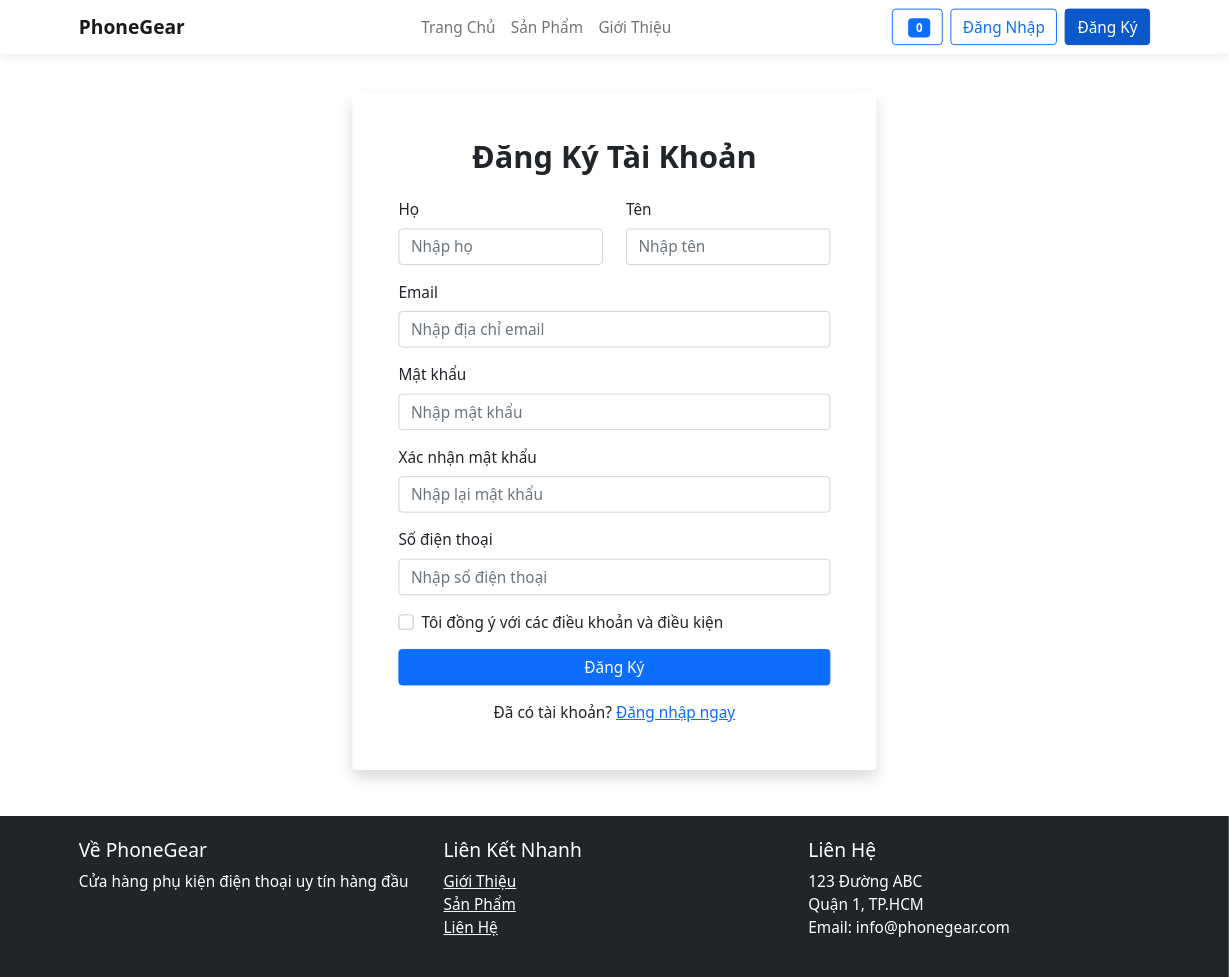
Repository: duyzo/14_23719461_VoNguyenBaoDuy
Page: html/register.html
An editor plug-in stored every save of this project. The page is shown before and after the next save, followed by the edit.
The browser window is 1280 px wide. The pictures show the whole page, at 96% of full size.

Above is the page before, as saved 2025-04-22 16:28:05.

After the next save:
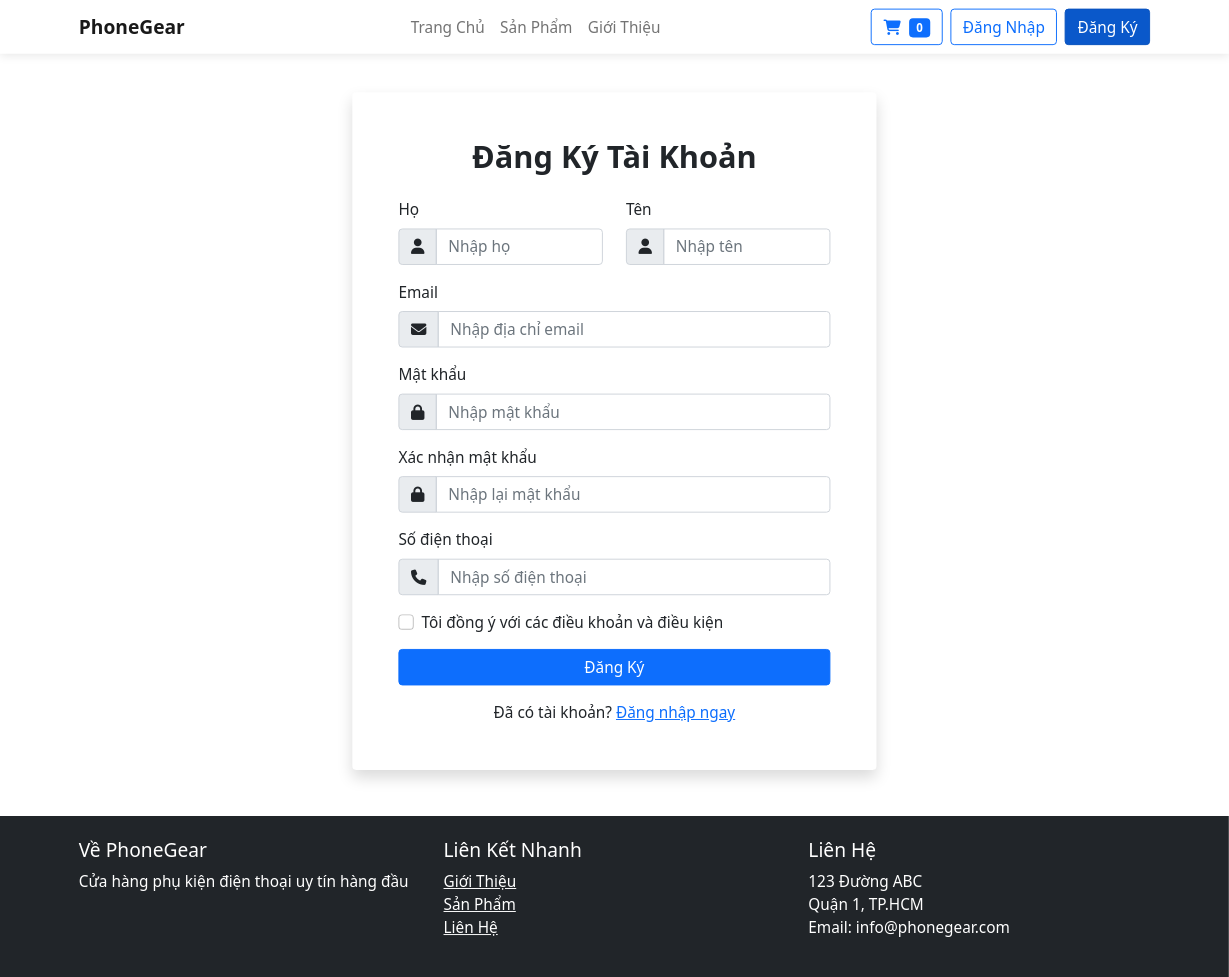
Saved 10 s later.
--- a/html/register.html
+++ b/html/register.html
@@ -36,7 +36,7 @@
           </ul>
           <div class="d-flex align-items-center">
             <a href="cart.html" class="btn btn-outline-primary me-2">
-              <i class="bi bi-cart"></i>
+              <i class="fas fa-shopping-cart"></i>
               <span class="badge bg-primary text-white ms-1" id="cartCount">0</span>
             </a>
             <a href="login.html" class="btn btn-outline-primary me-2">Đăng Nhập</a>
@@ -56,75 +56,93 @@
                 <div class="row">
                   <div class="col-md-6 mb-3">
                     <label for="firstName" class="form-label">Họ</label>
-                    <input
+                    <div class="input-group">
+                      <span class="input-group-text"><i class="fas fa-user"></i></span>
+                      <input
                       type="text"
                       class="form-control"
                       id="firstName"
                       name="firstName"
                       required
                       placeholder="Nhập họ"
-                    />
+                      />
+                    </div>
                     <div class="invalid-feedback"></div>
                   </div>
                   <div class="col-md-6 mb-3">
                     <label for="lastName" class="form-label">Tên</label>
-                    <input
+                    <div class="input-group">
+                      <span class="input-group-text"><i class="fas fa-user"></i></span>
+                      <input
                       type="text"
                       class="form-control"
                       id="lastName"
                       name="lastName"
                       required
                       placeholder="Nhập tên"
-                    />
+                      />
+                    </div>
                     <div class="invalid-feedback"></div>
                   </div>
                 </div>
                 <div class="mb-3">
                   <label for="email" class="form-label">Email</label>
-                  <input
+                  <div class="input-group">
+                    <span class="input-group-text"><i class="fas fa-envelope"></i></span>
+                    <input
                     type="email"
                     class="form-control"
                     id="email"
                     name="email"
                     required
                     placeholder="Nhập địa chỉ email"
-                  />
+                    />
+                  </div>
                   <div class="invalid-feedback"></div>
                 </div>
                 <div class="mb-3">
                   <label for="password" class="form-label">Mật khẩu</label>
-                  <input
+                  <div class="input-group">
+                    <span class="input-group-text"><i class="fas fa-lock"></i></span>
+                    <input
                     type="password"
                     class="form-control"
                     id="password"
                     name="password"
                     required
                     placeholder="Nhập mật khẩu"
-                  />
+                    />
+                  </div>
                   <div class="invalid-feedback"></div>
                 </div>
                 <div class="mb-3">
                   <label for="confirmPassword" class="form-label">Xác nhận mật khẩu</label>
-                  <input
+                  <div class="input-group">
+                    <span class="input-group-text"><i class="fas fa-lock"></i></span>
+                    <input
                     type="password"
                     class="form-control"
                     id="confirmPassword"
                     name="confirmPassword"
                     required
                     placeholder="Nhập lại mật khẩu"
-                  />
+                    />
+                  </div>
                   <div class="invalid-feedback"></div>
                 </div>
                 <div class="mb-3">
                   <label for="phone" class="form-label">Số điện thoại</label>
-                  <input
+                  <div class="input-group">
+                    <span class="input-group-text"><i class="fas fa-phone"></i></span>
+                    <input
                     type="tel"
                     class="form-control"
                     id="phone"
                     name="phone"
                     required
                     placeholder="Nhập số điện thoại"
-                  />
+                    />
+                  </div>
                   <div class="invalid-feedback"></div>
                 </div>
                 <div class="mb-3 form-check">
